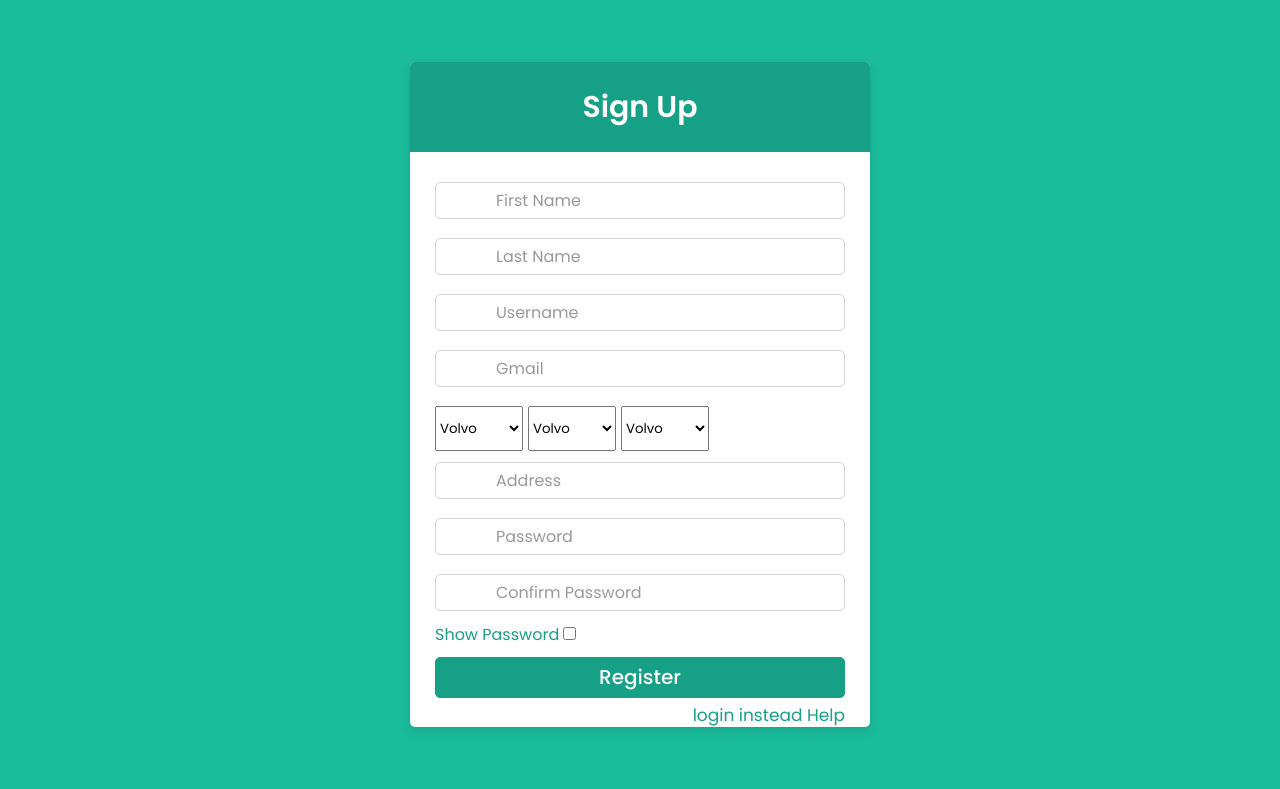
Repository: AOY311/DuckEdu
Page: test2.html
These files come from the project's save history. The page is drawn as it stood at one moment and after the next save; the edit follows.
The browser window is 1280 px wide. The pictures show the whole page.

Above is the page before, as saved 2021-10-30 12:35:29.

### test2.html
<!DOCTYPE html>

<html lang="en">

<head>
    <meta charset="UTF-8">
    <meta http-equiv="X-UA-Compatible" content="IE=edge">
    <meta name="viewport" content="width=device-width, initial-scale=1.0">
    <script src="https://ajax.googleapis.com/ajax/libs/jquery/3.5.1/jquery.min.js"></script>
    <title>Document</title>
    <style>
        @import url('https://fonts.googleapis.com/css2?family=Poppins:wght@200;300;400;500;600;700&display=swap');
        * {
            margin: 0;
            padding: 0;
            box-sizing: border-box;
            font-family: 'Poppins', sans-serif;
        }

        body {
            background: #1abc9c;
            overflow: hidden;
        }

         ::selection {
            background: rgba(26, 188, 156, 0.3);
        }

        .container {
            max-width: 500px;
            padding: 0 20px;
            margin: 62px auto;
        }

        .wrapper {
            width: 100%;
            background: #fff;
            border-radius: 5px;
            box-shadow: 0px 4px 10px 1px rgba(0, 0, 0, 0.1);
        }

        .wrapper .title {
            height: 90px;
            background: #16a085;
            border-radius: 5px 5px 0 0;
            color: #fff;
            font-size: 30px;
            font-weight: 600;
            display: flex;
            align-items: center;
            justify-content: center;
        }

        .wrapper form {
            padding: 30px 25px 25px 25px;
            height: auto;
        }

        .wrapper form .row {
            height: 45px;
            position: relative;
        }

        .wrapper form .row input {
            height: 90%;
            width: 100%;
            outline: none;
            padding-left: 60px;
            border-radius: 5px;
            border: 1px solid lightgrey;
            font-size: 16px;
            transition: all 0.3s ease;
        }

        form .row input:focus {
            border-color: #16a085;
            box-shadow: inset 0px 0px 2px 2px rgba(26, 188, 156, 0.25);
        }

        form .row input::placeholder {
            color: #999;
        }

        .wrapper form .row i {
            position: absolute;
            width: 47px;
            height: 100%;
            color: #fff;
            font-size: 18px;
            background: #16a085;
            border: 1px solid #16a085;
            border-radius: 5px 0 0 5px;
            display: flex;
            align-items: center;
            justify-content: center;
        }

        .wrapper form .pass {
            margin: -8px 0 20px 0;
        }

        .wrapper form .pass a {
            color: #16a085;
            font-size: 17px;
            text-decoration: none;
        }

        .wrapper form .pass a:hover {
            text-decoration: underline;
        }

        .wrapper form .button input {
            color: #fff;
            font-size: 20px;
            font-weight: 500;
            padding-left: 0px;
            background: #16a085;
            border: 1px solid #16a085;
            cursor: pointer;
        }

        .show-pass {
            margin-top: 395px;
            color: #16a085;
        }

        .button {
            margin-top: 10px;
        }

        form .button input:hover {
            background: #12876f;
        }

        .wrapper form .signup-link {
            text-align: center;
            font-size: 17px;
            float: right;
            margin-bottom: 10px;
        }

        .wrapper form .signup-link a {
            color: #16a085;
            text-decoration: none;
        }

        form .signup-link a:hover {
            text-decoration: underline;
        }

        .error {
            font-size: 12px;
            color: red;
            margin-left: 20px;
        }

        .error {
            display: none;
        }

        .show {
            display: flex !important;
        }

        .modal {
            display: none;
            /* Hidden by default */
            position: fixed;
            /* Stay in place */
            z-index: 1;
            /* Sit on top */
            padding-top: 350px;
            /* Location of the box */
            left: 0;
            top: 0;
            width: 100%;
            /* Full width */
            height: 100%;
            /* Full height */
            background-color: rgb(0, 0, 0);
            /* Fallback color */
            background-color: rgba(0, 0, 0, 0.4);
            /* Black  opacity */
        }
        /* Modal Content */

        .modal-content {
            background-color: #fefefe;
            margin: auto;
            padding: 20px;
            border: 1px solid #888;
            width: 400px;
            text-align: center;
            position: relative;
        }

        .close {
            color: #aaaaaa;
            float: right;
            font-size: 28px;
            font-weight: bold;
            position: absolute;
            top: 0px;
            right: 12px;
        }

        .close:hover,
        .close:focus {
            color: #000;
            text-decoration: none;
            cursor: pointer;
        }

        .box {
            position: relative;
            margin-bottom: 15px;
            display: flex;
            height: 41px;
        }

        .error {
            position: absolute;
            bottom: -15px;
        }

        .box select:not(:first-child) {
            margin-left: 5px;
        }
    </style>
</head>

<body>
    <div class="container">
        <div class="wrapper">
            <div class="title"><span>Sign Up</span></div>
            <form action="register" onsubmit="return checkAllData()" method="POST">
                <div class="row">

                    <div class="box">
                        <input class="inline row" type="text" name="firstname" id="firstname" placeholder="First Name" required>
                        <span class="error" id="errFirstname">First Name must be characters. </span>
                    </div>

                    <div class="box">
                        <input class="inline row" type="text" name="lastname" id="lastname" placeholder="Last Name" required>
                        <span class="error" id="errLastname">Last Name must be characters. </span>
                    </div>

                    <div class="box">
                        <input class="inline row" type="text" name="username" id="username" placeholder="Username" required>
                        <span class="error" id="errUsername">Username must be from 6 to 30 characters and no start number.</span>
                    </div>

                    <div class="box">
                        <input class="inline row" type="text" name="gmail" id="gmail" placeholder="Gmail" required>
                        <span class="error" id="errGmail">Email don't valid</span>
                    </div>

                    <div class="box">
                        <select class="inline row" name="cars" id="cars">
                            <option value="volvo">Volvo</option>
                            <option value="saab">Saab</option>
                            <option value="mercedes">Mercedes</option>
                            <option value="audi">Audi</option>
                          </select>
                        <select class="inline row" name="cars" id="cars">
                            <option value="volvo">Volvo</option>
                            <option value="saab">Saab</option>
                            <option value="mercedes">Mercedes</option>
                            <option value="audi">Audi</option>
                          </select>
                        <select class="inline row" name="cars" id="cars">
                            <option value="volvo">Volvo</option>
                            <option value="saab">Saab</option>
                            <option value="mercedes">Mercedes</option>
                            <option value="audi">Audi</option>
                          </select>
                        <span class="error" id="errDob">Date of Birth don't valid</span>
                    </div>

                    <div class="box">
                        <input class="inline row" type="text" name="address" id="address" placeholder="Address" required>
                        <span class="error" id="errAddress">Address don't valid</span>
                    </div>

                    <div class="box">
                        <input class="inline row" type="password" placeholder="Password" id="password" required>
                        <span class="error" id="errPassword">Password must be from 6 to 30 characters.</span>
                    </div>

                    <div class="box">
                        <input class="inline row" type="password" name="confirm-password" id="confirm-password" placeholder="Confirm Password" required>
                        <span class="error" id="errConfpass">Password doesn't match.</span>
                    </div>
                </div>
                <div class="show-pass">
                    Show Password
                    <input type="checkbox" name="check-Showpass" id="check-Showpass">

                </div>
                <div class="row button">
                    <input id="myBtn" type="submit" value="Register" name="btn-register">
                </div>
                <div class="signup-link">
                    <a href="${pageContext.request.contextPath}/control?button-control=login">login instead</a>
                    <a href="#">Help</a>
                </div>
            </form>
        </div>
    </div>
    <!-- Modal error -->
    <div id="myModal" class="modal ${requestScope.message == null?" ":"show "}">
        <!-- Modal content -->
        <div class="modal-content ">
            <span class="close" onclick="hide()">&times;</span>
            <p>${requestScope.message}</p>
        </div>
    </div>
</body>
<script>
    /*
     * To change this license header, choose License Headers in Project Properties.
     * To change this template file, choose Tools | Templates
     * and open the template in the editor.
     */


    var rgGmail = /^[a-zA-Z]{1,}(\w){0,}@\w{2,}(\.[a-z]{2,}){1,}$/;
    var rgUsername = /^[a-zA-Z]{1,}[a-zA-Z0-9]{4,}$/;
    var rgPassword = /^[a-zA-Z0-9][a-zA-Z0-9.,!@#$%^&*()_+]{5,}$/;
    var rgName = /^[a-zA-Z]{1,}[a-zA-Z\s]*$/;
    var rgAddress = /^[A-Za-z0-9'\.\-\s\,]{4,}$/;
    var rgDob = /^(0?[1-9]|[12][0-9]|3[01])[\/\-](0?[1-9]|1[012])[\/\-]\d{4}$/;


    $(document).ready(function() {
        $("#address").focusout(function() {
            if (validaddress()) {
                $("#address").css("border", "2px solid green");
                $("#errAddress").hide();
            } else {
                $("#errAddress").show();
            }
        });

        $("#firstname").focusout(function() {
            if (validfirstname()) {
                $("#firstname").css("border", "2px solid green");
                $("#errFirstname").hide();

            } else {
                $("#errFirstname").show();
            }
        });

        $("#lastname").focusout(function() {
            if (validlastname()) {
                $("#lastname").css("border", "2px solid green");
                $("#errLastname").hide();

            } else {
                $("#errLastname").show();
            }
        });

        $("#username").focusout(function() {
            if (validusername()) {
                $("#username").css("border", "2px solid green");
                $("#errUsername").hide();

            } else {
                $("#errUsername").show();
            }
        });

        $("#password").focusout(function() {
            if (validPassword()) {
                $("#password").css("border", "2px solid green");
                $("#errPassword").hide();

            } else {
                $("#errPassword").show();
            }
        });

        $("#confirm-password").focusout(function() {
            if (validconfpass()) {
                $("#confirm-password").css("border", "2px solid green");
                $("#errConfpass").hide();
            } else {
                $("#errConfpass").show();
            }
        });

        $("#gmail").focusout(function() {
            if (validemail()) {
                $("#gmail").css("border", "2px solid green");
                $("#errEmail").hide();

            } else {
                $("#errEmail").show();
            }
        });

    });
    $("#dob").focusout(function() {
        if (validdob()) {
            $("#dob").css("border", "2px solid green");
            $("#errDob").hide();

        } else {
            $("#errDob").show();
        }
    });

    function validdob() {
        var dob = $("#dob").val();
        if (rgDob.test(dob)) {
            return true;
        } else {
            return false;
        }
    }

    function validfirstname() {
        var firstname = $("#firstname").val();
        if (rgName.test(firstname)) {
            return true;
        } else {
            return false;
        }
    }

    function validlastname() {
        var lastname = $("#lastname").val();
        if (rgName.test(lastname)) {
            return true;
        } else {
            return false;
        }
    }

    function validusername() {
        var username = $("#username").val();
        if (rgUsername.test(username)) {
            return true;
        } else {
            return false;
        }
    }

    function validPassword() {
        var password = $("#password").val();
        if (rgPassword.test(password)) {
            return true;
        } else {
            return false;
        }
    }

    function validconfpass() {
        var password = $("#password").val();
        var confirm_password = $("#confirm-password").val();
        if (confirm_password === password && confirm_password !== "") {
            return true;
        } else {
            return false;
        }
    }

    function validemail() {
        var gmail = $("#gmail").val();
        if (rgGmail.test(gmail) && gmail !== "") {
            return true;
        } else {
            return false;
        }
    }

    function validaddress() {
        var address = $("#address").val();
        if (rgAddress.test(address) && address !== "") {
            return true;
        } else {
            return false;
        }
    }

    function checkAllData() {
        if (validfirstname() && validlastname() && validusername() && validPassword() &&
            validconfpass() && validemail() & validdate()) {
            $("#myModal").hide();
            return true;
        } else {
            $("#myModal p").text("finish form before summit!");
            $("#myModal").show();
            return false;
        }
    }

    function hide() {
        var span = document.getElementsByClassName("close")[0];
        var modal = document.getElementById("myModal");

        modal.style.display = "none";
    }
    // When the user clicks anywhere outside of the modal, close it
    window.onclick = function(event) {
        var modal = document.getElementById("myModal");
        if (event.target == modal) {
            modal.style.display = "none";
        }
    }
</script>

</html>

After the next save:
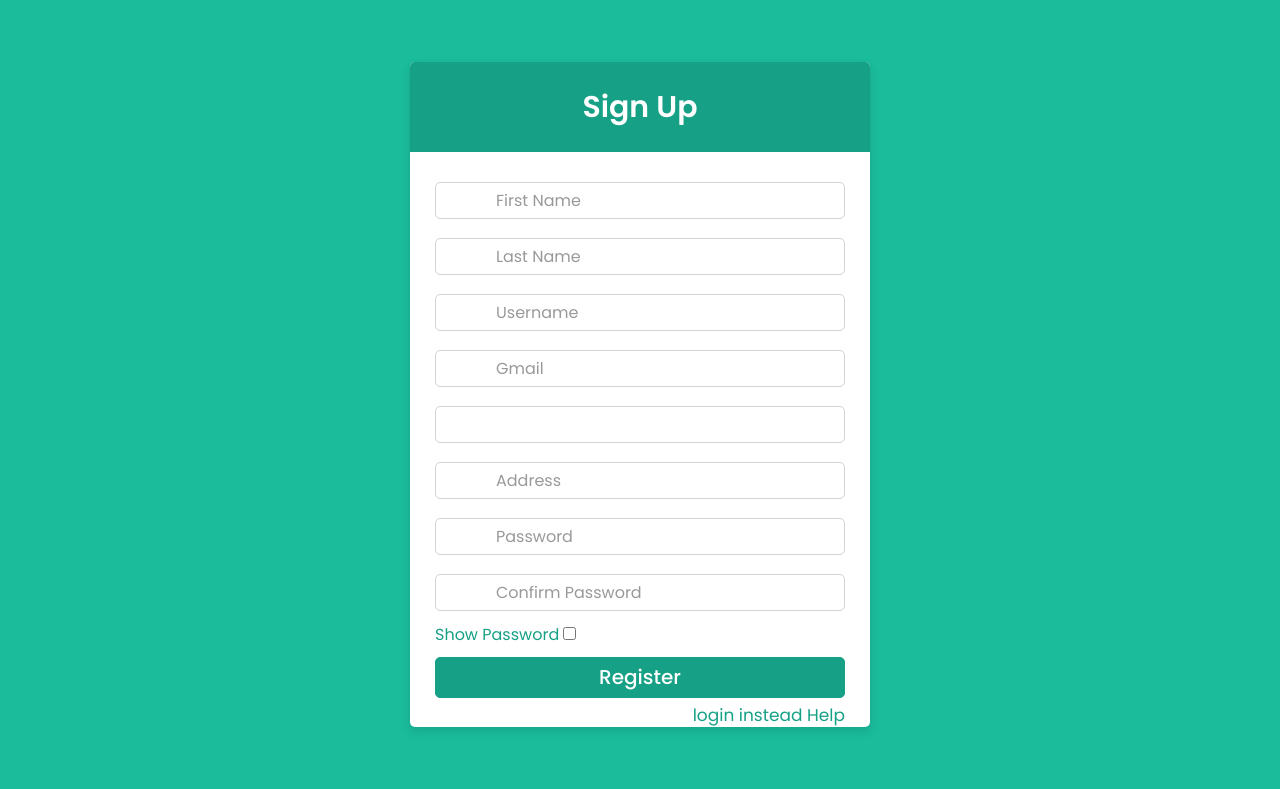
Saved 4 min 32 s later.
--- a/test2.html
+++ b/test2.html
@@ -257,24 +257,11 @@
                     </div>
 
                     <div class="box">
-                        <select class="inline row" name="cars" id="cars">
-                            <option value="volvo">Volvo</option>
-                            <option value="saab">Saab</option>
-                            <option value="mercedes">Mercedes</option>
-                            <option value="audi">Audi</option>
-                          </select>
-                        <select class="inline row" name="cars" id="cars">
-                            <option value="volvo">Volvo</option>
-                            <option value="saab">Saab</option>
-                            <option value="mercedes">Mercedes</option>
-                            <option value="audi">Audi</option>
-                          </select>
-                        <select class="inline row" name="cars" id="cars">
-                            <option value="volvo">Volvo</option>
-                            <option value="saab">Saab</option>
-                            <option value="mercedes">Mercedes</option>
-                            <option value="audi">Audi</option>
-                          </select>
+                        <input type="text" name="city" list="citynames">
+                        <datalist id="citynames">
+  <option value="Boston">
+  <option value="Cambridge">
+</datalist>
                         <span class="error" id="errDob">Date of Birth don't valid</span>
                     </div>
 
